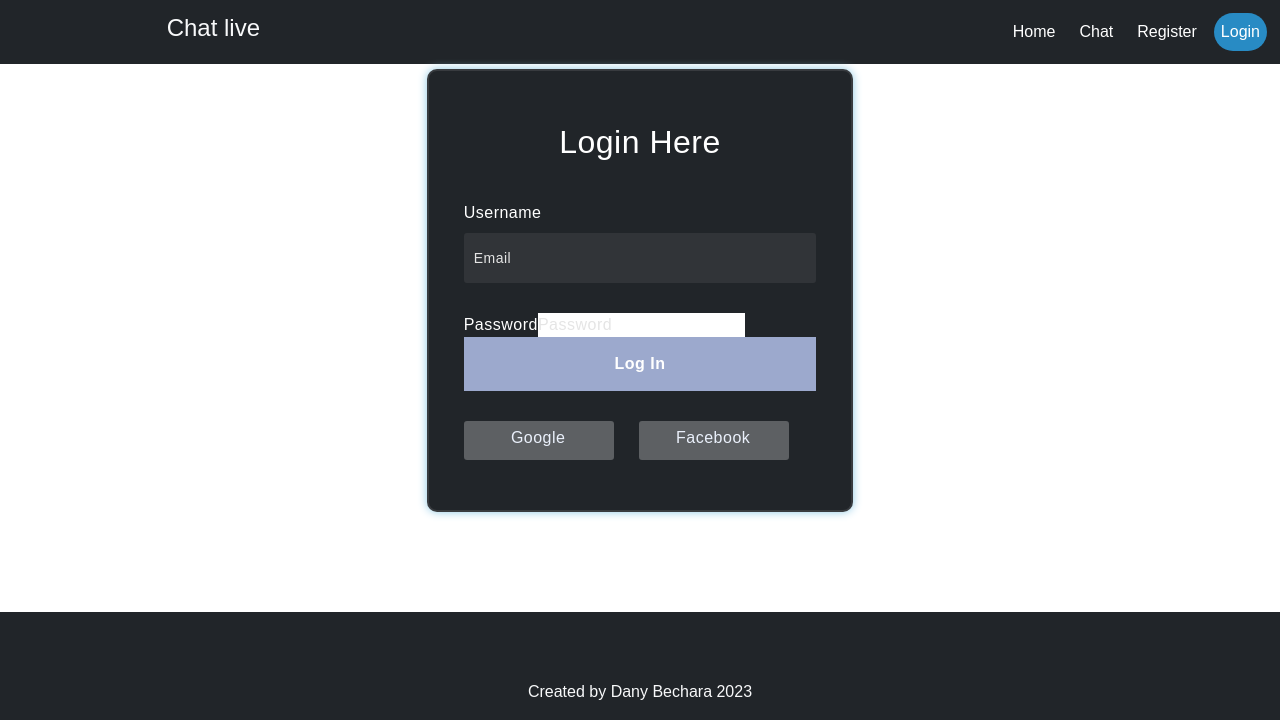
Repository: bechara611/chatv2
Page: /login
An editor plug-in stored every save of this project. The page is shown before and after the next save, followed by the edit.
The browser window is 1280 px wide. The pictures show the whole page.
The project was rebuilt for these pictures with package versions that can differ from the ones it lists, and the page was loaded fresh each time. Also part of the build but not shown: src/auth/components/register.jsx, src/ui/components/Home.jsx.

Above is the page before, as saved 2023-03-03 14:36:34.

After the next save:
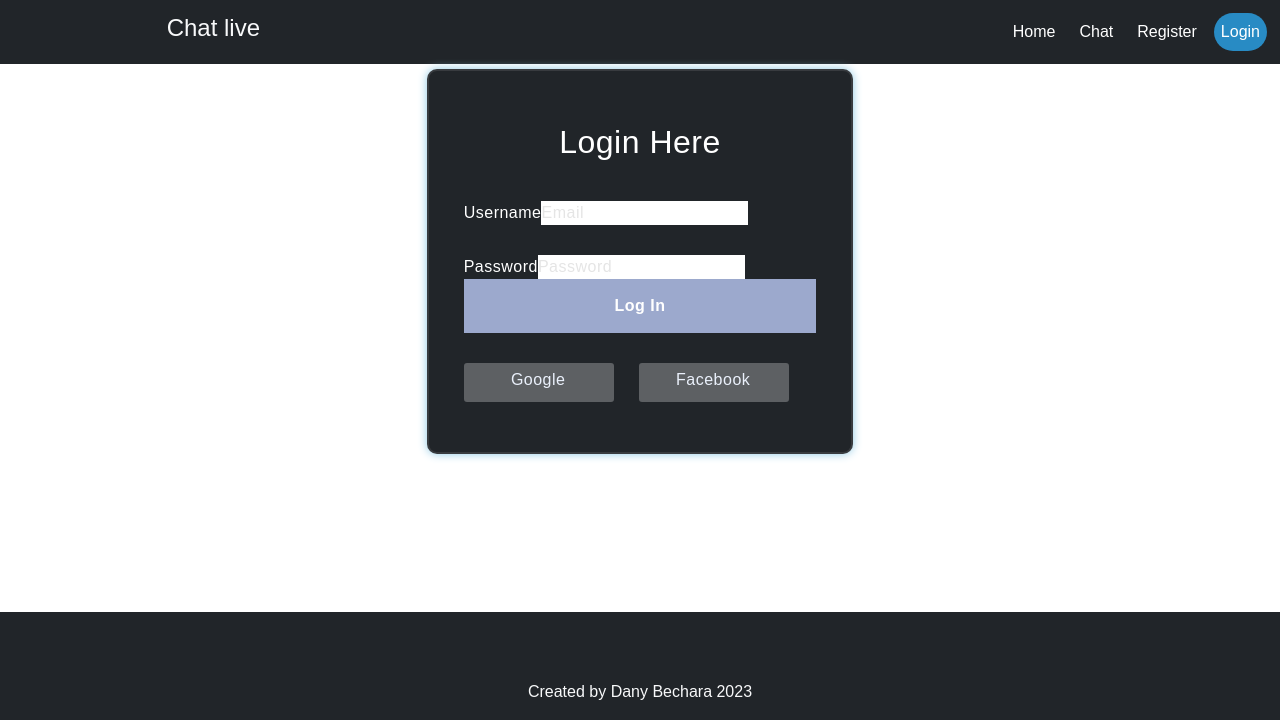
Saved 102 s later.
--- a/src/auth/components/login.jsx
+++ b/src/auth/components/login.jsx
@@ -9,7 +9,7 @@ export const Login = () => {
                         <h3>Login Here</h3>
 
                         <label htmlFor="username">Username</label>
-                        <input type="text" placeholder="Email" className='inputLoginRegister' id="username"></input>
+                        <input type="text" placeholder="Email" id="username"></input>
 
                         <label htmlFor="password">Password</label>
                         <input type="password" placeholder="Password" id="password"></input>
